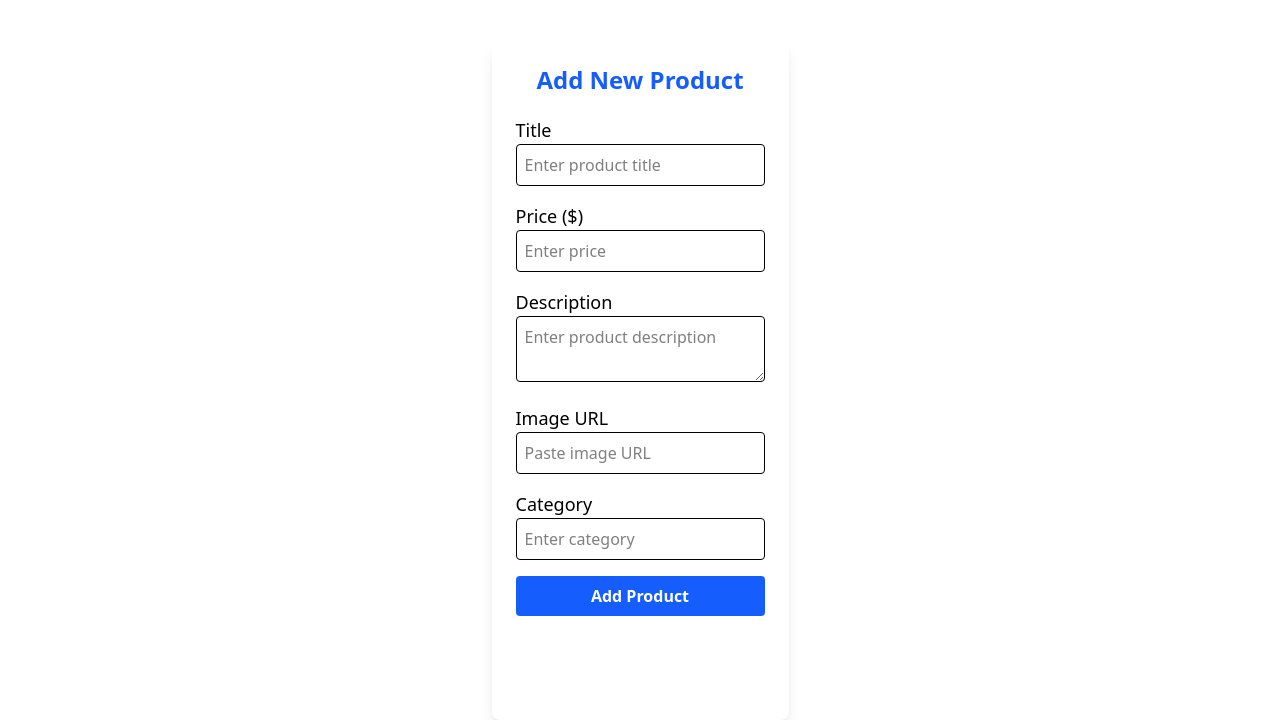
Repository: Habeebur1493/React-App
Page: /add-products
An editor plug-in stored every save of this project. The page is shown before and after the next save, followed by the edit.
The browser window is 1280 px wide. The pictures show the whole page.
The page's requests for data from a server got no answer. The project was rebuilt for these pictures with package versions that can differ from the ones it lists, and the page was loaded fresh each time. No one was signed in, and anything a server would have sent is missing. Also part of the build but not shown: vite.config.js, src/Components/Login.jsx, src/Components/Nav.jsx, src/Components/Loading.jsx, src/Components/Home.jsx, src/Components/Details.jsx, src/Components/About.jsx, src/Components/Services.jsx and 2 more.

Above is the page before, as saved 2025-02-01 15:19:19.

After the next save:
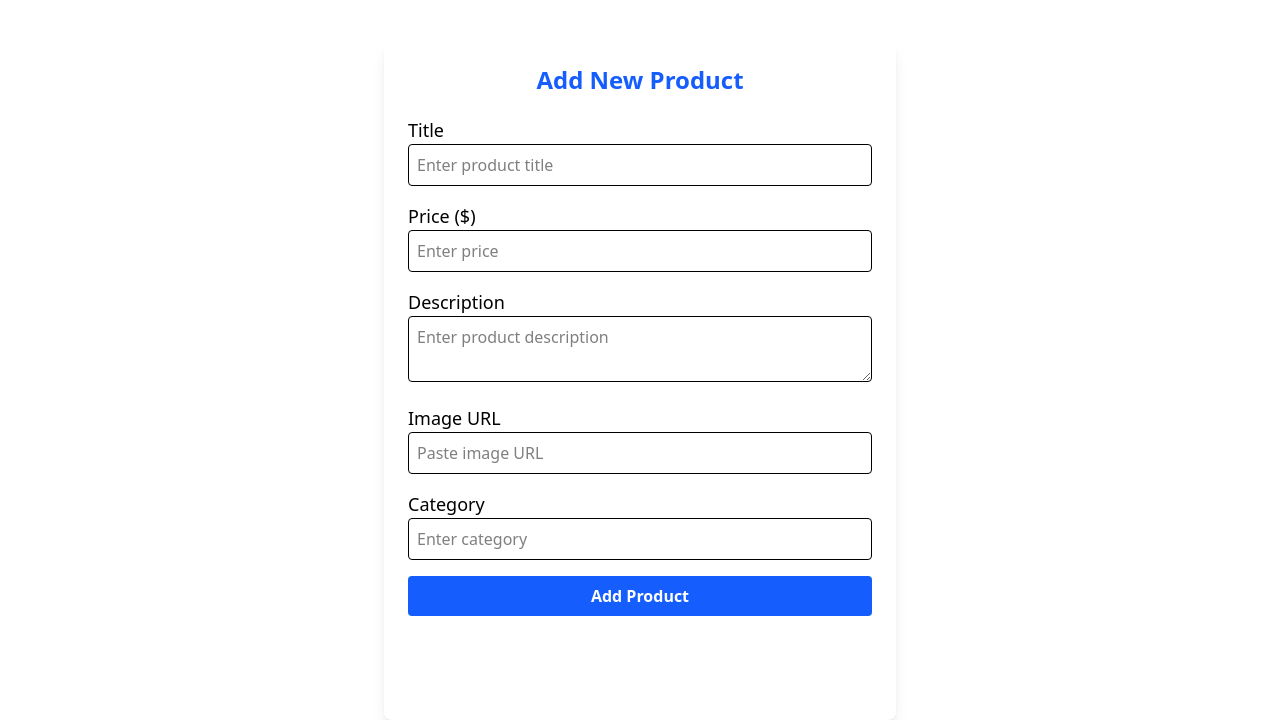
Saved 35 s later.
--- a/src/Components/Addproducts.jsx
+++ b/src/Components/Addproducts.jsx
@@ -52,7 +52,7 @@ const AddProduct = ({ selectedProduct, setSelectedProduct }) => {
   };
 
   return (
-    <div className='max-w-9xl mx-auto bg-white p-6 rounded-lg shadow-lg mt-10'>
+    <div className='w-[40%] mx-auto bg-white p-6 rounded-lg shadow-lg mt-10'>
       <h2 className='text-2xl font-bold mb-5 text-center text-blue-600'>
         {selectedProduct ? "Update Product" : "Add New Product"}
       </h2>
